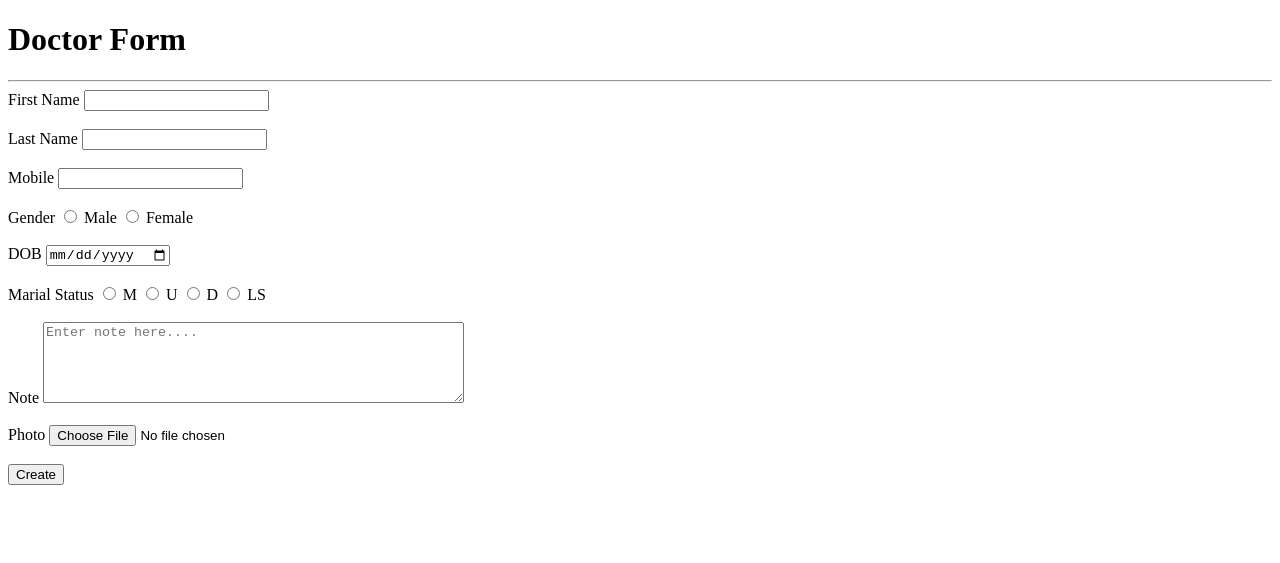
Repository: aayush105/Advance-Java
Page: http://localhost/Doctorpatient/patient.jsp
These files come from the project's save history. The page is drawn as it stood at one moment and after the next save; the edit follows.
The browser window is 1280 px wide. The pictures show the whole page.
The page is served by Tomcat 10. Other server files are loaded and not shown.

Above is the page before, as saved 2023-07-20 11:26:09.

### Doctorpatient/src/main/webapp/patient.jsp
<%@ page language="java" contentType="text/html; charset=UTF-8"
    pageEncoding="UTF-8"%>
<!DOCTYPE html>
<html>
<head>
<meta charset="UTF-8">
<title>Patient</title>
</head>
<body>

<h1>Doctor Form</h1>
<hr>
<form action="DoctorServlet" method="POST">

First Name <input type ="text" name ="fname"><br><br>
Last Name <input type ="text" name ="lname"><br><br>
Mobile <input type ="text" name ="mobile"><br><br>
Gender <input type="radio" name="gender" value="male"> Male
<input type="radio" name="gender" value="female"> Female
<br><br>
DOB <input type ="date" name ="date"> <br><br>
Marial Status <input type="radio" name="status" value="M"> M
<input type="radio" name="status" value="U"> U
<input type="radio" name="status" value="D"> D
<input type="radio" name="status" value="LS"> LS
<br><br>
Note <textarea rows = "5" cols = "50" name = "note" placeholder ="Enter note here...."></textarea><br><br>
Photo <input type="file" name="photo"><br><br>
  <input type="submit" value="Create" >

</form>

</body>
</html>

After the next save:
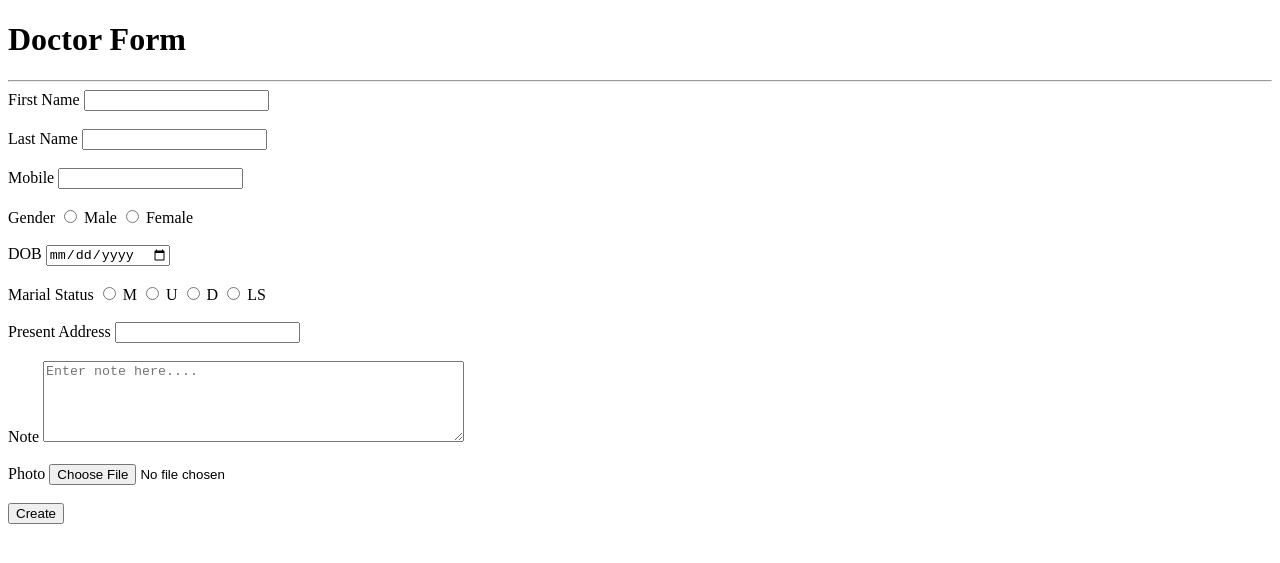
Saved 46 s later.
--- a/Doctorpatient/src/main/webapp/patient.jsp
+++ b/Doctorpatient/src/main/webapp/patient.jsp
@@ -24,6 +24,7 @@ Marial Status <input type="radio" name="status" value="M"> M
 <input type="radio" name="status" value="D"> D
 <input type="radio" name="status" value="LS"> LS
 <br><br>
+Present Address <input type ="text" name ="address"><br><br>
 Note <textarea rows = "5" cols = "50" name = "note" placeholder ="Enter note here...."></textarea><br><br>
 Photo <input type="file" name="photo"><br><br>
   <input type="submit" value="Create" >
